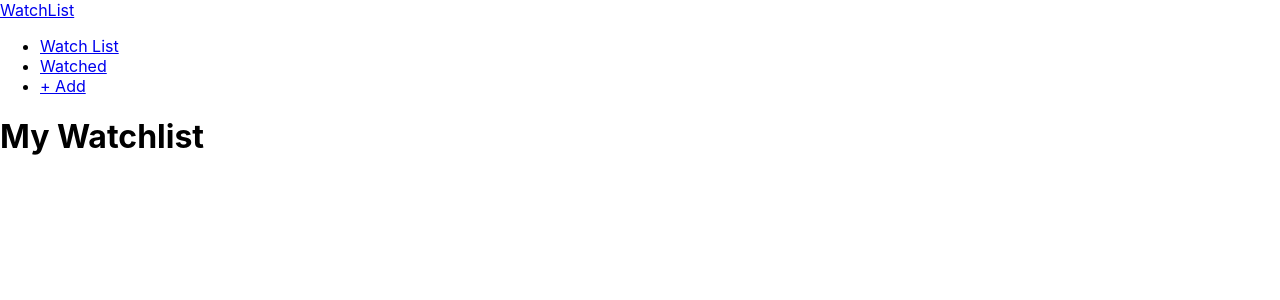
Repository: saim368/movie-app
Page: /
An editor plug-in stored every save of this project. The page is shown before and after the next save, followed by the edit.
The browser window is 1280 px wide. The pictures show the whole page.
The project was rebuilt for these pictures with package versions that can differ from the ones it lists, and the page was loaded fresh each time. A package was used in the major version that the imports need, not the one package.json lists. Also part of the build but not shown: src/App.css, src/components/MovieCard.js, src/components/Watched.js, src/components/ResultCard.js, src/components/Add.js.

Above is the page before, as saved 2020-12-08 11:46:23.

After the next save:
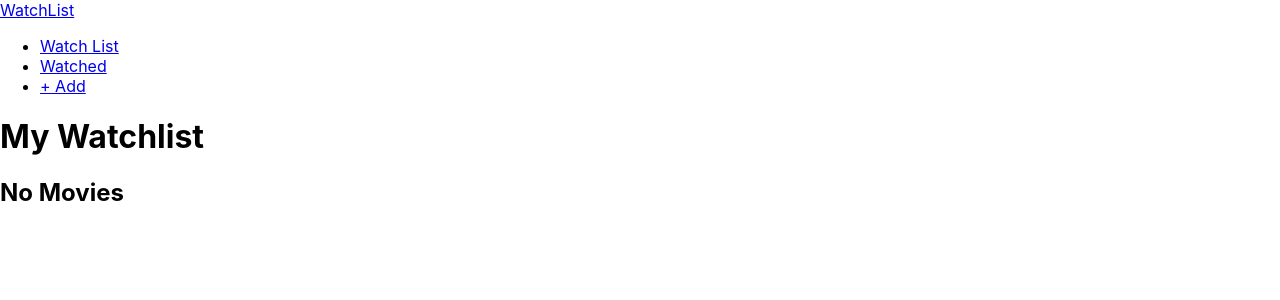
Saved 3 min 23 s later.
--- a/src/components/Watchlist.js
+++ b/src/components/Watchlist.js
@@ -11,11 +11,16 @@ export const Watchlist = () => {
                     <h1 className= "heading">My Watchlist</h1>
                 </div>
 
-                <div className= "movie-grid">
+                {watchlist.length > 0 ? (
+                    <div className= "movie-grid">
                     {watchlist.map(movie => (
                         <MovieCard movie={movie} type= "watchlist" />
                     ))}
                 </div>
+                ) : (
+                    <h2 className= "no-movies">No Movies</h2>
+                )}
+
             </div>
         </div>
     )
